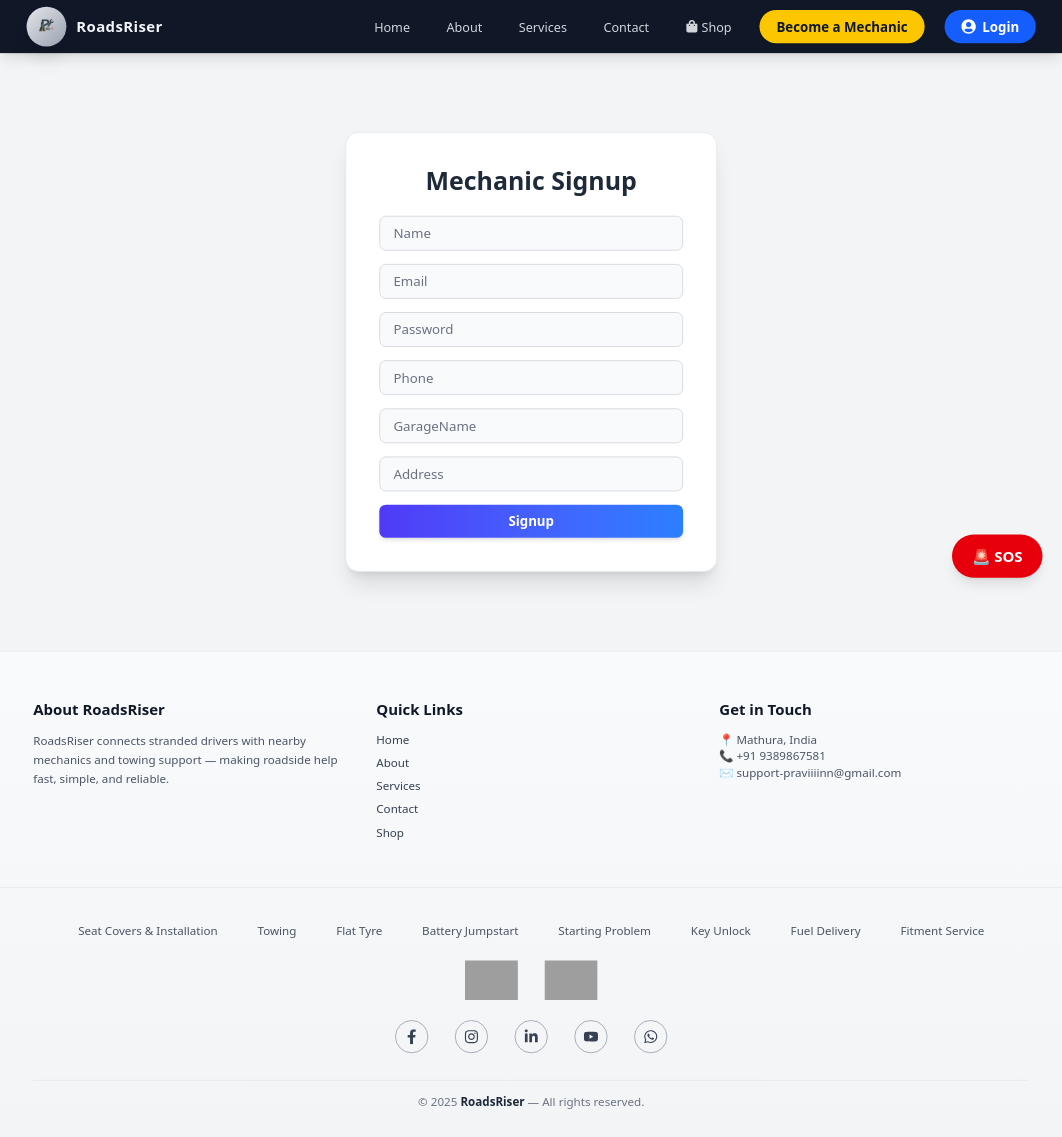
Repository: pravin-8859/ROADSRISER-APP
Page: /auth/mechanic/login (app in frontend/)
An editor plug-in stored every save of this project. The page is shown before and after the next save, followed by the edit.
The browser window is 1280 px wide. The pictures show the whole page, at 83% of full size.
Pictures or frames that could not be fetched are drawn as grey boxes. The project was rebuilt for these pictures with package versions that can differ from the ones it lists, and the page was loaded fresh each time. Also part of the build but not shown: frontend/vite.config.js, frontend/src/components/MainSection.jsx, frontend/src/pages/Home.jsx, frontend/src/pages/MechanicSearch.jsx, frontend/src/pages/RequestHelp.jsx, frontend/src/pages/Shop.jsx, frontend/src/pages/About.jsx, frontend/src/pages/Services.jsx and 14 more.

Above is the page before, as saved 2025-11-19 23:33:09.

After the next save:
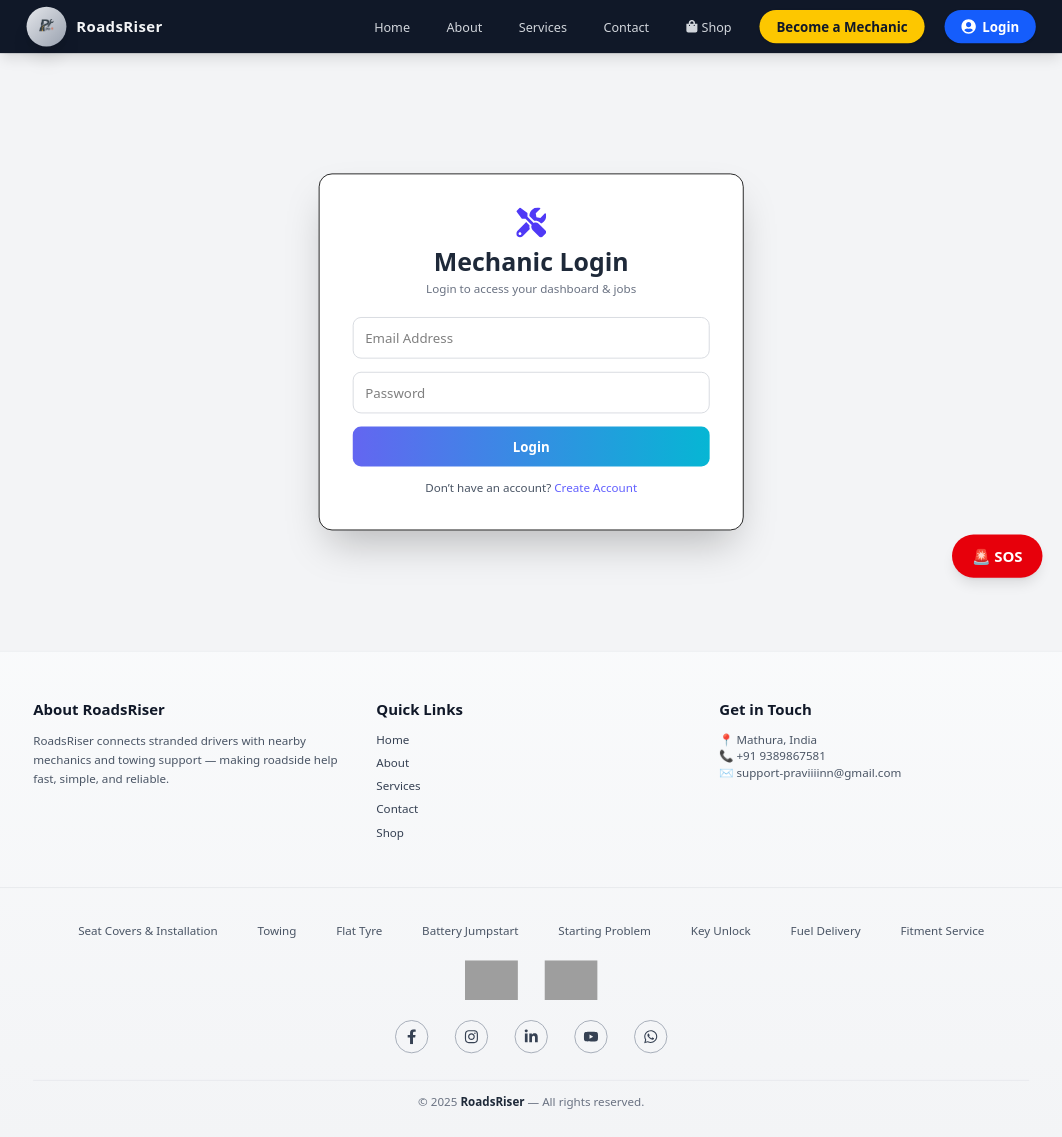
Saved 2 min 8 s later.
--- a/frontend/src/pages/MechanicLogin.jsx
+++ b/frontend/src/pages/MechanicLogin.jsx
@@ -1,61 +1,130 @@
-import { useState } from "react";
-import { registerMechanic } from "../api/mechanicApi";
+import React, { useState } from "react";
+import { loginMechanic } from "../api/mechanicApi";
 import { useNavigate } from "react-router-dom";
+import { FaTools } from "react-icons/fa";
 
-export default function MechanicSignup() {
-  const navigate = useNavigate();
+export default function MechanicLogin() {
+  const nav = useNavigate();
+  const [loading, setLoading] = useState(false);
+  const [err, setErr] = useState("");
+
   const [form, setForm] = useState({
-    name: "",
     email: "",
-    password: "",
-    phone: "",
-    garageName: "",
-    address: "",
+    password: ""
   });
 
-  const handleChange = (e) => setForm({ ...form, [e.target.name]: e.target.value });
+  const handle = (k, v) => {
+    setForm((s) => ({ ...s, [k]: v }));
+    setErr("");
+  };
 
   const handleSubmit = async (e) => {
     e.preventDefault();
+    setErr("");
+
+    if (!form.email.trim() || !form.password.trim()) {
+      return setErr("Please enter email and password");
+    }
+
     try {
-      const res = await registerMechanic(form);
-      alert(res.message || "Signup successful!");
-      navigate("/mechanic/login");
-    } catch (err) {
-      alert(err.response?.data?.message || "Signup failed");
+      setLoading(true);
+      const res = await loginMechanic(form);
+
+      localStorage.setItem("accessToken", res.token);
+      localStorage.setItem("role", "mechanic");
+
+      setLoading(false);
+      nav("/mechanic/dashboard");
+    } catch (error) {
+      setLoading(false);
+      setErr(error.response?.data?.message || "Invalid email or password");
     }
   };
 
   return (
-    <div className="min-h-screen flex items-center justify-center bg-gray-100 dark:bg-gray-900 transition-colors duration-500">
-      <div className="bg-white dark:bg-gray-800 p-10 rounded-2xl shadow-xl w-full max-w-md border border-gray-200 dark:border-gray-700 transition-all duration-300">
-        <h2 className="text-3xl font-bold mb-6 text-center text-gray-800 dark:text-gray-100">
-          Mechanic Signup
-        </h2>
+    <div className="min-h-screen bg-gray-100 dark:bg-gray-900 flex justify-center items-center p-6">
+      <div className="max-w-lg w-full bg-white dark:bg-gray-800 p-10 rounded-2xl shadow-2xl border dark:border-gray-700">
 
-        <form className="space-y-4" onSubmit={handleSubmit}>
-          {["name", "email", "password", "phone", "garageName", "address"].map((f) => (
-            <input
-              key={f}
-              type={f === "password" ? "password" : f === "email" ? "email" : "text"}
-              name={f}
-              placeholder={f.charAt(0).toUpperCase() + f.slice(1)}
-              onChange={handleChange}
-              required
-              className="w-full px-4 py-2 rounded-lg border border-gray-300 dark:border-gray-700
-                         bg-gray-50 dark:bg-gray-900 text-gray-800 dark:text-gray-100
-                         focus:ring-2 focus:ring-indigo-500 focus:outline-none placeholder-gray-500 dark:placeholder-gray-400"
-            />
-          ))}
+        {/* Heading */}
+        <div className="text-center mb-6">
+          <div className="flex justify-center items-center gap-2 text-indigo-600 dark:text-indigo-400 text-4xl mb-3">
+            <FaTools />
+          </div>
+          <h2 className="text-3xl font-bold text-gray-800 dark:text-gray-100">
+            Mechanic Login
+          </h2>
+          <p className="text-sm text-gray-500 dark:text-gray-400 mt-1">
+            Login to access your dashboard & jobs
+          </p>
+        </div>
 
-          <button
-            type="submit"
-            className="w-full bg-gradient-to-r from-indigo-600 to-blue-500 text-white py-2 rounded-lg
-                       font-semibold hover:scale-[1.02] active:scale-[0.98] transition-transform duration-200 shadow-md"
-          >
-            Signup
+        {/* Error Message */}
+        {err && (
+          <p className="text-red-500 text-center mb-4 text-sm font-medium">
+            {err}
+          </p>
+        )}
+
+        {/* FORM */}
+        <form onSubmit={handleSubmit} className="space-y-4">
+
+          <input
+            type="email"
+            placeholder="Email Address"
+            className="input"
+            value={form.email}
+            onChange={(e) => handle("email", e.target.value)}
+          />
+
+          <input
+            type="password"
+            placeholder="Password"
+            className="input"
+            value={form.password}
+            onChange={(e) => handle("password", e.target.value)}
+          />
+
+          <button type="submit" className="btn w-full">
+            {loading ? "Logging in..." : "Login"}
           </button>
+
         </form>
+
+        {/* Bottom Links */}
+        <div className="text-center mt-4 text-sm">
+          <p className="text-gray-600 dark:text-gray-400">
+            Don’t have an account?{" "}
+            <span
+              className="text-indigo-500 cursor-pointer"
+              onClick={() => nav("/auth/mechanic/signup")}
+            >
+              Create Account
+            </span>
+          </p>
+        </div>
+
+        <style>{`
+          .input {
+            width: 100%;
+            padding: 12px 14px;
+            border-radius: 10px;
+            border: 1px solid #d1d5db;
+            background: transparent;
+            color: inherit;
+          }
+          .input:focus {
+            border-color: #6366f1;
+            outline: none;
+          }
+          .btn {
+            background: linear-gradient(90deg,#6366f1,#06b6d4);
+            padding: 12px 14px;
+            border-radius: 10px;
+            font-weight: 600;
+            color: white;
+          }
+        `}</style>
+
       </div>
     </div>
   );
